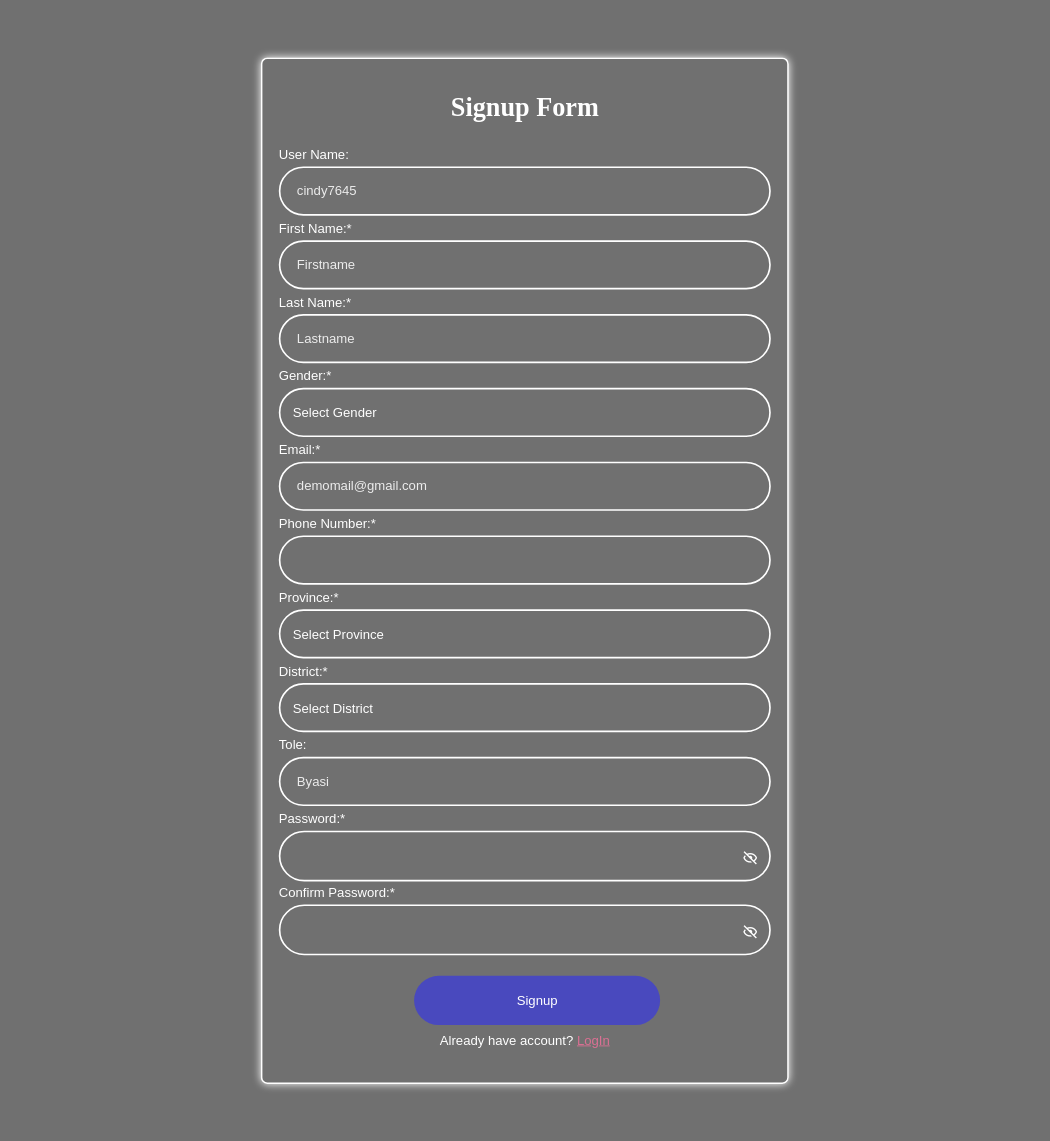
Repository: cindrellakoju/Animestore
Page: html css/signup.html
These files come from the project's save history. The page is drawn as it stood at one moment and after the next save; the edit follows.
The browser window is 1280 px wide. The pictures show the whole page, at 82% of full size.

Above is the page before, as saved 2024-04-20 12:20:57.

### html css/signup.html
<!DOCTYPE html>
<html lang="en">
<head>
  <meta charset="UTF-8">
  <meta name="viewport" content="width=device-width, initial-scale=1.0">
  <title>Signup Page</title>
  <link href='https://unpkg.com/boxicons@2.1.4/css/boxicons.min.css' rel='stylesheet'>
  <link rel="stylesheet" href="signup.css">
</head>
<body>
  <div class="container">
    <h1>Signup Form</h1>
    <form>
      <div class="signupform">
        <label for="username">User Name:</label>
        <input type="text" id="username" name="username" placeholder="cindy7645">
      </div>
      <div class="signupform">
        <label for="firstname">First Name:<span class="required">*</span></label>
        <input type="text" id="firstname" name="firstname" placeholder="Firstname">
      </div>
      <div class="signupform">
        <label for="lastname">Last Name:<span class="required">*</span></label>
        <input type="text" id="lastname" name="lastname" placeholder="Lastname" required>
      </div>
      <div class="signupform">
        <label for="gender">Gender:<span class="required">*</span></label>
        <div class="custom-select">
            <select id="gender" name="gender" required>
                <option value="">Select Gender</option>
                <option value="male">Male</option>
                <option value="female">Female</option>
                <option value="other">Other</option>
            </select>
        </div>
    </div>

      <div class="signupform">
        <label for="email">Email:<span class="required">*</span></label>
        <input type="email" id="email" name="email" placeholder="demomail@gmail.com" required>
      </div>
      <div class="signupform">
        <label for="phone">Phone Number:<span class="required">*</span></label>
        <input type="text" id="phone" name="phone" required>
      </div>
      <div class="signupform">
        <label for="province">Province:<span class="required">*</span></label>
        <div class="custom-select">
          <select id="province" name="province" onchange="populateDistricts()" required>
            <option value="">Select Province</option>
            <option value="1">Province 1</option>
            <option value="2">Province 2</option>
            <option value="3">Bagmati Province</option>
            <option value="4">Gandaki Province</option>
            <option value="5">Lumbini Province</option>
            <option value="6">Karnali Province</option>
            <option value="7">Sudurpashchim Province</option>
          </select>
        </div>
      </div>
      <div class="signupform">
        <label for="district">District:<span class="required">*</span></label>
        <div class="custom-select">
            <select id="district" name="district" required>
                <option value="">Select District</option>
            </select>
        </div>
      </div>

      <div class="signupform">
        <label for="tole">Tole:</label>
        <input type="text" id="tole" name="tole" placeholder="Byasi" required>
      </div>
      <div class="signupform">
        <label for="password">Password:<span class="required">*</span></label>
        <div class="password-input-container">
            <input type="password" spellcheck="false" id="password" name="password" required>
            <i class='bx bx-hide toggle' id="passwordToggle"></i>
        </div>
    </div>

    <div class="signupform">
        <label for="confirmpassword">Confirm Password:<span class="required">*</span></label>
        <div class="password-input-container">
            <input type="password" spellcheck="false" id="confirmpassword" name="confirmpassword" required>
            <i class='bx bx-hide toggle' id="confirmPasswordToggle"></i>
        </div>
    </div>

      <div class="signupform">
        <button type="submit">Signup</button>
      </div>
    <h4>Already have account?  <a href="login.html">LogIn</a></h4>
    </form>
  </div>
  <script>
    function populateDistricts() {
      var provinceSelect = document.getElementById("province");
      var districtSelect = document.getElementById("district");

      // Clear existing options
      districtSelect.innerHTML = "";

      // Add default option
      var defaultOption = document.createElement("option");
      defaultOption.text = "Select District";
      districtSelect.add(defaultOption);

      // Get selected province
      var selectedProvince = provinceSelect.value;

      // Add districts based on selected province
      switch (selectedProvince) {
        case "1":
          addDistrict("Bhojpur");
          addDistrict("Dhankuta");
          addDistrict("Ilam");
          addDistrict("Jhapa");
          addDistrict("Khotang");
          break;
        case "2":
          addDistrict("Saptari");
          addDistrict("Siraha");
          addDistrict("Dhanusha");
          addDistrict("Mahottari");
          addDistrict("Sarlahi");
          break;
        case "3":
          addDistrict("Kathmandu");
          addDistrict("Lalitpur");
          addDistrict("Bhaktapur");
          addDistrict("Kavrepalanchok");
          addDistrict("Nuwakot");
          break;
        case "4":
          addDistrict("Gorkha");
          addDistrict("Lamjung");
          addDistrict("Tanahun");
          addDistrict("Manang");
          addDistrict("Mustang");
          break;
        case "5":
          addDistrict("Rupandehi");
          addDistrict("Kapilvastu");
          addDistrict("Nawalparasi");
          addDistrict("Arghakhanchi");
          addDistrict("Gulmi");
          break;
        case "6":
          addDistrict("Jumla");
          addDistrict("Kalikot");
          addDistrict("Surkhet");
          addDistrict("Dailekh");
          addDistrict("Jajarkot");
          break;
        case "7":
          addDistrict("Kailali");
          addDistrict("Kanchanpur");
          addDistrict("Dadeldhura");
          addDistrict("Darchula");
          addDistrict("Baitadi");
          break;
        default:
          break;
      }
    }

    function addDistrict(districtName) {
      var districtSelect = document.getElementById("district");
      var option = document.createElement("option");
      option.text = districtName;
      districtSelect.add(option);
    }

    document.addEventListener("DOMContentLoaded", function() {
    const passwordToggle = document.getElementById("passwordToggle");
    const confirmPasswordToggle = document.getElementById("confirmPasswordToggle");
    const passwordInput = document.getElementById("password");
    const confirmPasswordInput = document.getElementById("confirmpassword");

    passwordToggle.addEventListener("click", () => {
        if (passwordInput.type === "password") {
            passwordInput.type = "text";
            passwordToggle.classList.replace("bx-hide", "bx-show");
        } else {
            passwordInput.type = "password";
            passwordToggle.classList.replace("bx-show", "bx-hide");
        }
    });

    confirmPasswordToggle.addEventListener("click", () => {
        if (confirmPasswordInput.type === "password") {
            confirmPasswordInput.type = "text";
            confirmPasswordToggle.classList.replace("bx-hide", "bx-show");
        } else {
            confirmPasswordInput.type = "password";
            confirmPasswordToggle.classList.replace("bx-show", "bx-hide");
        }
      });
    });


  </script>
</body>
</html>

### html css/signup.css
/* General Styles */
body {
    font-family: Arial, sans-serif;
    margin: 0;
    padding: 20px;
    /* background-color: #f4f4f4; */
    min-height: 100vh;
    background-color: #0000008f;
  }

  .container {
    max-width: 600px;
    margin: 50px auto;

    /* background: #fff; */
    padding: 20px;
    border-radius: 8px;
    /* box-shadow: 0 2px 5px rgba(0, 0, 0, 0.1); */
    border: 2px solid white ;
    box-shadow: 0 0 10px white;
  }

  h1 {
    color: white;
    font-size: 36;
    text-align: center;
    font-family: 'Times New Roman', Times, serif;
  }

  .signupform {
  position: relative;
  width: 100%;
  height: 60px;
  margin: 30px 0;
  justify-content: center;
  }

  label {
    color: white;
    display: block;
    margin-bottom: 5px;
    position: relative;
  }
  .label-text {
      display: inline-block;
  }

  .label-text .required {
  color: red;
  font-weight: bold;
  margin-left: 5px;
  }
  /* change color of placeholder */
  #username::placeholder, #firstname::placeholder, #lastname::placeholder,
  #email::placeholder, #tole::placeholder{
    color: rgba(255, 255, 255, 0.865);
  }
  input[type="text"],
  input[type="email"],
  select,
  input[type="password"] {
  color: white;
  width: 100%;
  padding: 20px 45px 20px 20px;
  height: 100%;
  border: none;
  outline: none;
  background: transparent ;
  border: 2px solid white;
  font-size: 16px;
  border-radius: 40px;
  box-sizing: border-box;
  }
  /* Dark border and label color on hover */
  .signupform input:hover,
  .signupform input:focus {
  border-color: white; /* Dark border color on hover and focus */
  }

  /* Default styling for select box */
  .custom-select {
    position: relative;
    width: 100%;
    height: 100%;
  }

  .custom-select select {
    appearance: none; /* Remove default arrow in Firefox */
    -webkit-appearance: none; /* Remove default arrow in WebKit/Blink */
    -moz-appearance: none; /* Remove default arrow in older Firefox */
    padding: 15px; /* Adjust as needed */
    /* border: 2px solid white; */
    background-color: black;

    border-radius: 40px;
    background-color: transparent;
    cursor: pointer;
    width: 100%;
    font-size: 16px;
    box-sizing: border-box;
    outline: none; /* Remove focus outline */
    /* Use a custom arrow as background */
    /* background-image: url('data:[embedded picture, 163 characters]'); */
    background-repeat: no-repeat;
    background-position: calc(100% - 20px) center; /* Move arrow to the right */
    padding-right: 25px; /* Space for arrow */
  }
  #gender, #province, #district{
    color: white;
  }

  /* Hover effect for custom arrow */
  .custom-select:hover select {
    border-color: white; /* Change border color on hover */
  }

  /* Additional styles for select box */
  .custom-select select:focus {
    border-color: white; /* Change border color on focus */
  }

  .custom-select select:disabled {
    opacity: 0.5; /* Dim select box when disabled */
    pointer-events: none;
  }

  .password-input-container {
    position: relative;
  }


  .password-input-container i{
    position: absolute;
    top: 295%;
    right: 5px;
    left: 15px;
    transform: translateY(-50%);
    cursor: pointer;
    font-size: 20px;
    margin-left: 550px;
    margin-top: -150px;
    color: white;
  }

  button[type="submit"] {
    background-color: rgba(55, 55, 228, 0.678);
    color: white;
    width: 50%;
    height: 100%;
    padding: 10px 20px;
    border: none;
    border-radius: 40px;
    cursor: pointer;
    font-size: 16px;
    margin-top: 20px;
    margin-left: 165px;
}

button[type="submit"]:hover {
    background-color: rgb(33, 33, 232);
    text-decoration: underline;
    box-shadow: 0 0 10px white;
  }

  h4{
    color: white;
    font-weight: 500;
    text-align: center;
    margin-top: 20px;
    /* margin-left: 185px; */
  }

  h4 a{
    color: palevioletred
  }

  h4 a:hover{
    color: rgb(202, 63, 109);
  }
  /* Icon ko milako */
  .icon-box {
    display: flex;
    flex-direction: column;
  }

  /* Tooltip */
  .tooltip {
    position: absolute;
    top: 50%;
    right: calc(100% + 10px);
    transform: translateY(-50%);
    background-color: #333;
    color: white;
    padding: 5px 10px;
    border-radius: 5px;
    opacity: 0;
    transition: opacity 0.3s ease;
    pointer-events: none;
  }

/* Prevent background color change on autofill */
input:-webkit-autofill,
input:-webkit-autofill:hover,
input:-webkit-autofill:focus,
textarea:-webkit-autofill,
textarea:-webkit-autofill:hover,
textarea:-webkit-autofill:focus,
select:-webkit-autofill,
select:-webkit-autofill:hover,
select:-webkit-autofill:focus {
    border: 2px solid white;
    -webkit-text-fill-color: white;
    -webkit-box-shadow: 0 0 0px 1000px transparent inset;
    transition: background-color 5000s ease-in-out 0s;
}

After the next save:
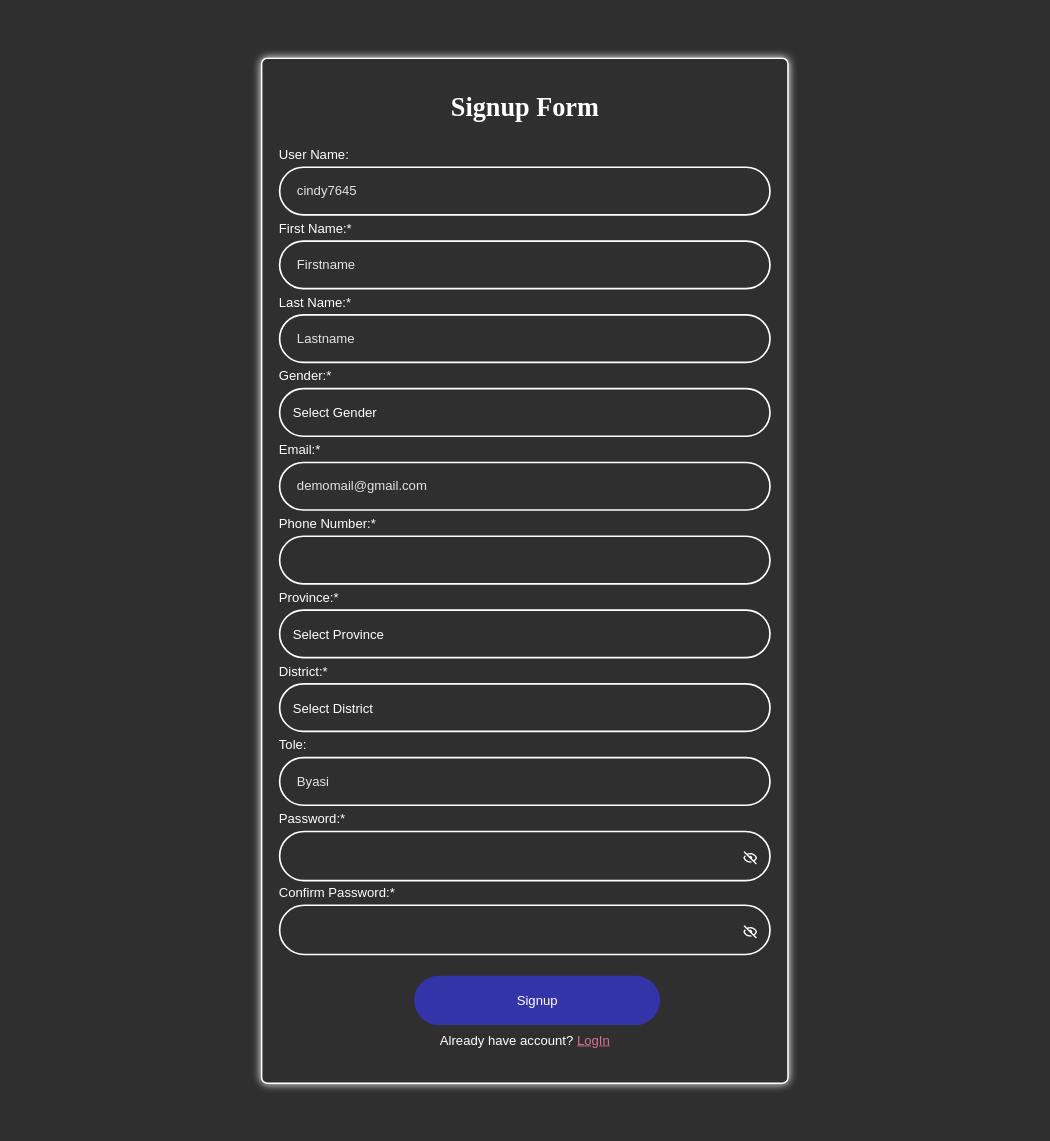
Saved 49 s later.
--- a/html css/signup.css
+++ b/html css/signup.css
@@ -5,7 +5,7 @@ body {
     padding: 20px;
     /* background-color: #f4f4f4; */
     min-height: 100vh;
-    background-color: #0000008f;
+    background-color: rgba(0, 0, 0, 0.815);
   }
 
   .container {
